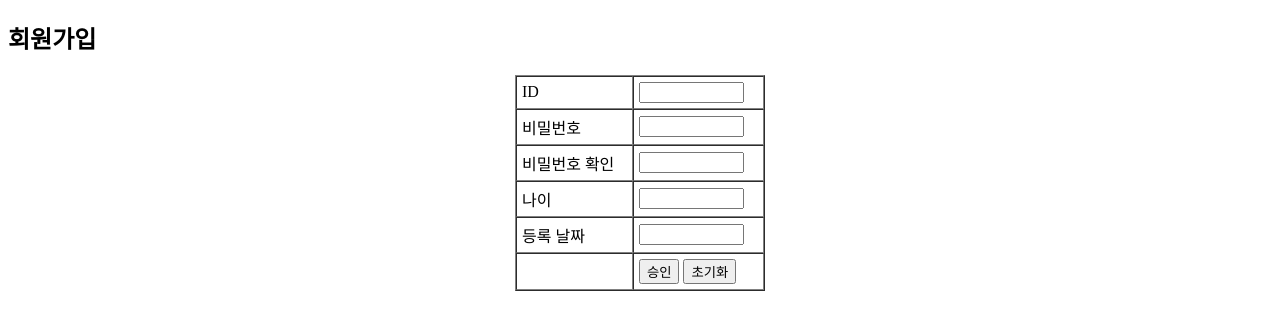
Repository: lmcoa15/Movie
Page: http://localhost/movie/user/user_membership.jsp
The author's editor kept a copy of each file at every save. The page is drawn from the files as they stood at one save, then again after the next save.
The browser window is 1280 px wide. The pictures show the whole page.
The page is served by Tomcat 9.

Above is the page before, as saved 2015-12-08 15:55:45.

After the next save:
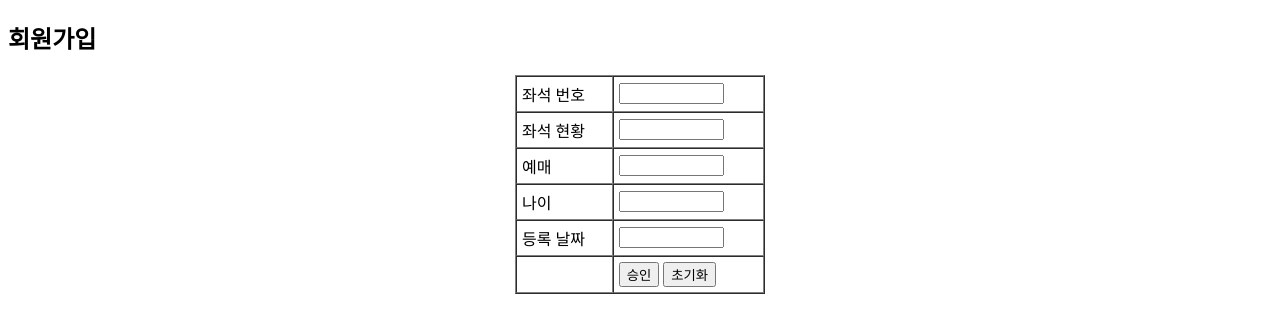
Saved 69 s later.
--- a/workspace/movie/WebContent/user/user_membership.jsp
+++ b/workspace/movie/WebContent/user/user_membership.jsp
@@ -16,17 +16,17 @@ System.out.println(films_id);%>
 												cellpadding="5">
 
 	<tr>
-		<td>ID</td>
+		<td>좌석 번호</td>
 		<td><input type="text" name="name_mem" size=10></td>
 	</tr>
 
 	<tr>
-		<td>비밀번호</td>
+		<td>좌석 현황</td>
 		<td><input type="password" name="password" size=10></td>
 	</tr>
 
 	<tr>
-		<td>비밀번호 확인</td>
+		<td>예매</td>
 		<td><input type="password" name="password_confirm" size=10></td>
 	</tr>
 
